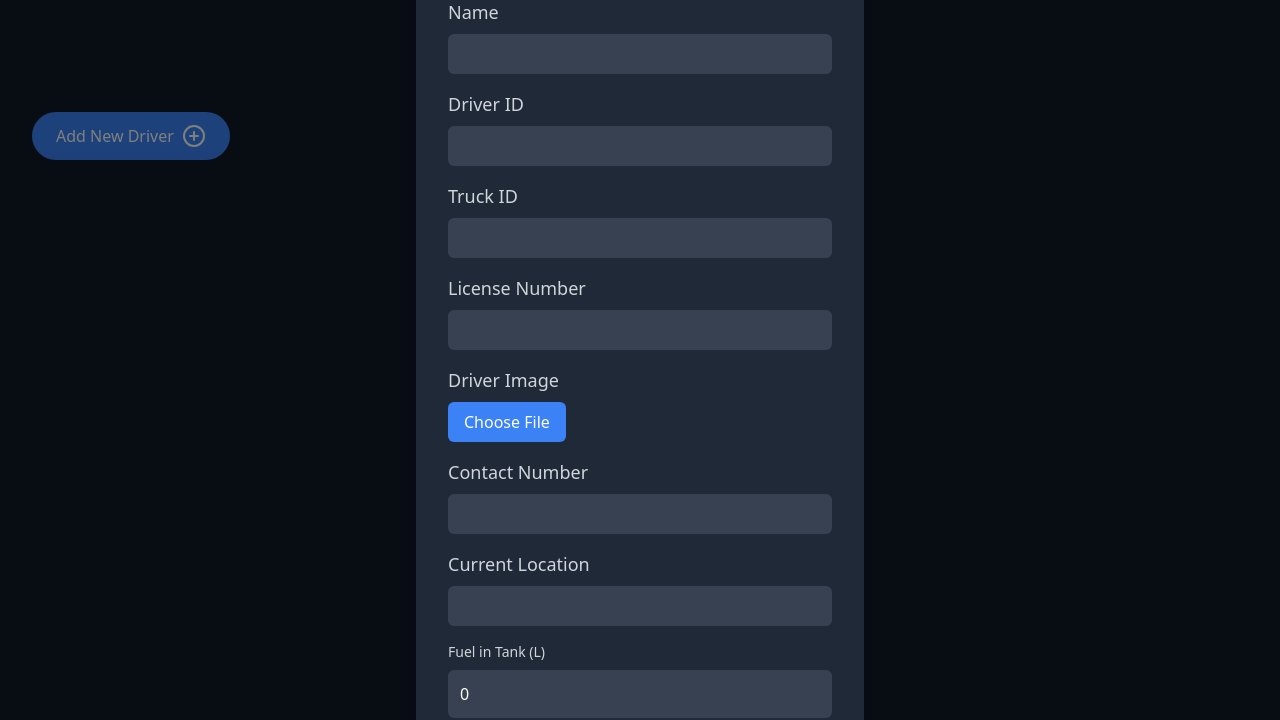
Repository: REXREGALIA/Sentinel-fuel
Page: /drivers, after clicking the first element matching `button.mb-8`
The author's editor kept a copy of each file at every save. The page is drawn from the files as they stood at one save, then again after the next save.
The browser window is 1280 px wide. The pictures show the whole page.
The page's requests for data from a server got no answer. The project was rebuilt for these pictures with package versions that can differ from the ones it lists, and the page was loaded fresh each time. No one was signed in, and anything a server would have sent is missing. Also part of the build but not shown: vite.config.js, src/components/Login.jsx, src/components/Card.jsx, src/components/Forms.jsx, src/components/Home.jsx, src/components/Signup.jsx, src/components/land/About.jsx, src/components/land/Features.jsx and 11 more.

Above is the page before, as saved 2024-10-19 11:09:51.

After the next save:
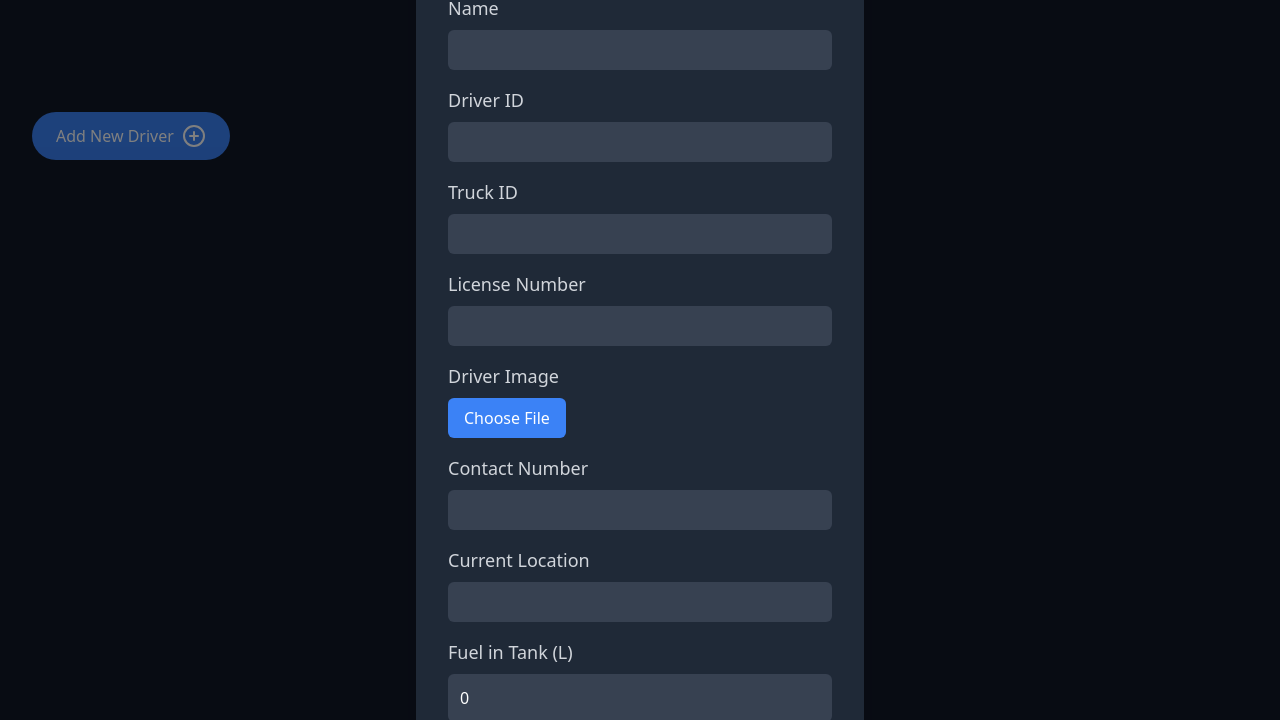
Saved 6 s later.
--- a/src/components/Drivers.jsx
+++ b/src/components/Drivers.jsx
@@ -178,7 +178,7 @@ export default function Drivers() {
       />
     </div>
     <div className="space-y-2">
-      <label htmlFor="fuelInTank" className="block text-sm font-medium text-gray-300">Fuel in Tank (L)</label>
+      <label htmlFor="fuelInTank" className="block text-lg font-medium text-gray-300">Fuel in Tank (L)</label>
       <input
         type="number"
         id="fuelInTank"
